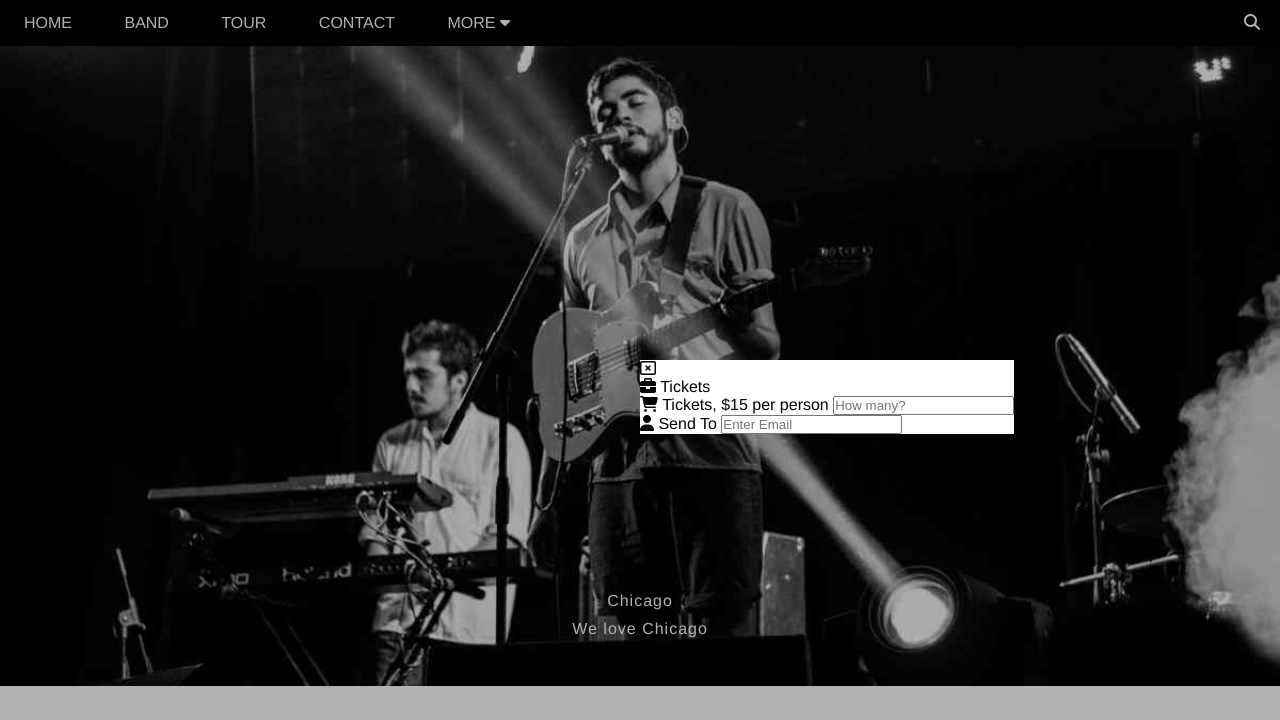
Repository: NguyenMinhChau/Theband
Page: index.html
An editor plug-in stored every save of this project. The page is shown before and after a run of saves, followed by the edit.
The browser window is 1280 px wide. The pictures show the window.
A layer covers the whole window, so only the first screen is drawn. Some web libraries are served in a nearby version.

Above is the page before, as saved 2021-10-23 12:45:10.

### index.html
<!DOCTYPE html>
<html lang="en">
<head>
    <meta charset="UTF-8">
    <meta http-equiv="X-UA-Compatible" content="IE=edge">
    <meta name="viewport" content="width=device-width, initial-scale=1.0">
    <title>THE BAND</title>
    <link rel="icon" href="https://www.w3schools.com/w3css/img_la.jpg"/>
    <script src="https://kit.fontawesome.com/a7b0f58175.js" crossorigin="anonymous"></script>
    <link rel="stylesheet" href="./assets/css/style.css">
</head>
<body>
    <div id="main">
        <div id="header">
            <!-- Begin Navigation -->
            <ul id="nav">
                <li><a href="#">Home</a></li>
                <li><a href="#">Band</a></li>
                <li><a href="#">Tour</a></li>
                <li><a href="#">Contact</a></li>
                <li><a href="#">More <i class="fas fa-caret-down"></i></a>
                    <ul class="subnav">
                        <li><a href="#">Merchandise</a></li>
                        <li><a href="#">Extras</a></li>
                        <li><a href="#">Media</a></li>
                    </ul>
                </li>
            </ul>
            <!-- End Navigation -->

            <!-- Begin Search -->
            <div class="icon-search">
                <a href="#"><i class="header-icon-search fas fa-search"></i></a>
            </div>
            <!-- End Search -->
        </div>

        <div id="slider">
            <div class="description">
                <h4>Chicago</h4>
                <p>We love Chicago</p>
            </div>
        </div>

        <div id="content">
            <!-- section: dành cho những phần dùng chung -->
            <!-- ABOUT SECTION -->
            <div class="content-section">
                <h2 class="section-heading">The Band</h2>
                <p class="section-subheading">We love music</p>
                <p class="about-text">We have created a fictional band website. Lorem ipsum dolor sit amet, consectetur adipiscing elit, sed do eiusmod tempor incididunt ut labore et dolore magna aliqua. Ut enim ad minim veniam, quis nostrud exercitation ullamco laboris nisi ut aliquip ex ea commodo consequat. Duis aute irure dolor in reprehenderit in voluptate velit esse cillum dolore eu fugiat nulla pariatur. Excepteur sint occaecat cupidatat non proident, sunt in culpa qui officia deserunt mollit anim id est laborum consectetur adipiscing elit, sed do eiusmod tempor incididunt ut labore et dolore magna aliqua. Ut enim ad minim veniam, quis nostrud exercitation ullamco laboris nisi ut aliquip ex ea commodo consequat.</p>
                <div class="members-list">
                    <div class="member-item">
                        <p class="member-name">Name</p>
                        <img src="./assets/img/about_member01.jpg" alt="" class="member-avata">
                    </div>
                    <div class="member-item">
                        <p class="member-name">Name</p>
                        <img src="./assets/img/about_member01.jpg" alt="" class="member-avata">
                    </div>
                    <div class="member-item">
                        <p class="member-name">Name</p>
                        <img src="./assets/img/about_member01.jpg" alt="" class="member-avata">
                    </div>
                    <div class="clear"></div>
                </div>
            </div>

            <!-- TOUR SECTION -->
            <div class="tour-section">
                <div class="content-section">
                    <h2 class="section-heading text-white">Tours Dates</h2>
                    <p class="section-subheading text-white">Remember to book your tickets!</p>
                    <ul class="tickets-list">
                        <li>September <span class="sold-out">Sold out</span></li>
                        <li>October <span class="sold-out">Sold out</span></li>
                        <li>November <span class="quantity">3</span></li>
                    </ul>
                    <div class="places-list">
                        <div class="place-item">
                            <img src="./assets/img/tour_place01.jpg" alt="New York" class="place-img">
                            <div class="place-body">
                                <h3 class="place-heading">New York</h3>
                                <p class="place-time">Fri 27 Nov 2016</p>
                                <p class="plave-desc">Praesent tincidunt sed tellus ut rutrum sed vitae justo.</p>
                                <a href="#" class="place-buy-btn">Buy Tickets</a>
                            </div>
                        </div>
                        <div class="place-item">
                            <img src="./assets/img/tour_place_02.jpg" alt="New York" class="place-img">
                            <div class="place-body">
                                <h3 class="place-heading">Paris</h3>
                                <p class="place-time">Sat 28 Nov 2016</p>
                                <p class="plave-desc">Praesent tincidunt sed tellus ut rutrum sed vitae justo.</p>
                                <a href="#" class="place-buy-btn">Buy Tickets</a>
                            </div>
                        </div>
                        <div class="place-item">
                            <img src="./assets/img/tour_place_03.jpg" alt="New York" class="place-img">
                            <div class="place-body">
                                <h3 class="place-heading">San Francisco</h3>
                                <p class="place-time">Sun 29 Nov 2016</p>
                                <p class="plave-desc">Praesent tincidunt sed tellus ut rutrum sed vitae justo.</p>
                                <a href="#" class="place-buy-btn">Buy Tickets</a>
                            </div>
                        </div>
                        <div class="clear"></div>
                    </div>
                </div>
            </div>

            <!-- CONTACT SECTION -->
            <div class="content-section">
                <h2 class="section-heading">Contact</h2>
                <p class="section-subheading">Fan? Drop a note!</p>
            </div>
        </div>

        <div id="footer">

        </div>
    </div>
    <!-- BEGIN MODEL -->
    <div class="modal">
        <div class="modal-container">
            <div class="modal-close">
                <i class="far fa-window-close"></i>
            </div>

            <header class="modal-header">
                <i class="fas fa-briefcase"></i> Tickets
            </header>

            <div class="modal-body">
                <div class="form-group">
                    <label for="" class="modal-label">
                        <i class="fas fa-shopping-cart"></i>
                        Tickets, $15 per person
                    </label>
                    <input type="text" class="modal-input" placeholder="How many?">
                </div>
                <div class="form-group">
                    <label for="" class="modal-label">
                        <i class="fas fa-user"></i>
                        Send To
                    </label>
                    <input type="email" class="modal-input" placeholder="Enter Email">
                </div>
            </div>
        </div>
    </div>
    <!-- END MODAL -->
    <script src="assets/js/main.js"></script>
</body>
</html>

### assets/css/style.css
:root{
    --header-height: 46px;
}
*{
    box-sizing: border-box;
    margin: 0;
    padding: 0;
}

html{
    font-family: Helvetica, Arial, sans-serif;
}

.clear{
    clear: both;
}

.text-white{
    color: #fff !important;
}

/* BEGIN CSS HEADER */
#header{
    height: var(--header-height);
    background-color: #000;
    position: fixed;
    top: 0;
    left: 0;
    right: 0;
}

#nav{
    display: inline-block;
}

#nav,
#subnav{
    list-style-type: none;
}

#nav li{
    display: inline-block;
    position: relative;
}

#nav > li > a{
    color: #fff;
    text-transform: uppercase;
}

#nav li a {
    text-decoration: none;
    line-height: var(--header-height);
    padding: 0 24px;

    display: block;
}

#nav > li:hover > a,
#nav .subnav li:hover a {
    color: #000;
    background-color: #ccc;
}

#nav > li:hover .subnav{
    display: block;
}

#nav .subnav{
    display: none;
    position: absolute;
    background-color: #fff;
    box-shadow: 0 0 10px rgba(0,0,0,0.3);
    color: #000;
    top: 100%;
    left: 0;
}

#nav .subnav li a{
    color: #000;
    padding: 0 12px;
    line-height: 38px;
    min-width: 160px;
}

#nav .subnav li{
    display: block;
}

#header .icon-search{
    /* position: absolute;
    top: 0;
    right: 0; */
    float: right;
    line-height: var(--header-height);
    padding: 0 20px;
}

#header .icon-search a{
    text-decoration: none;
}

#header .icon-search:hover{
    background-color: rgb(255, 39, 39);
    cursor: pointer;
}

#header .icon-search .header-icon-search{
    color: #fff;
}
/* END CSS HEADER */


/* BEGIN CSS SLIDER */
#slider{
    position: relative;
    margin-top: var(--header-height);
    /* Kỹ thuật tạo ảnh không bị méo khi thay đổi kích thước */
    padding-top: 50%; /* % là theo chiều ngang của chính nó*/

    /* Khi dùng padding như trên -> ta dùng bg-image để tạo ảnh vì có thể đổ ảnh từ padding */
    background: url('../img/slider_band_chicago.jpg') no-repeat center / cover;
    z-index: -1;
}

#slider .description{
    position: absolute;
    bottom: 0;
    left: 50%;
    transform: translateX(-50%);

    color: #fff;
    text-align: center;
    margin-bottom: 48px;
    letter-spacing: 1px;
}

#slider .description h4,
#slider .description p{
    text-shadow: 0 0 10 rgba(0,0,0,0.5);
}

#slider .description h4{
    font-weight: 540;
    padding: 10px 0;
}
/* END CSS SLIDER */

/* BEGIN CSS CONTENT */
/* CSS ABOUT */
#content .content-section{
    width: 800px;
    margin: auto;
    padding: 64px 0;
}

#content .section-heading,
#content .section-subheading{
    text-align: center;
}

#content .section-heading{
    font-size: 30px;
    font-weight: 500;
    text-transform: uppercase;
    letter-spacing: 4px;
}

#content .section-subheading{
    font-size: 15px;
    font-style: italic;
    margin: 25px 0;
    opacity: 0.7;
}

#content .about-text{
    text-align: justify;
    font-size: 15px;
    line-height: 1.4;
}

#content .members-list{
    margin-top: 48px;
}

#content .member-item{
    float: left;
    text-align: center;
    width: calc(100% / 3);
}

#content .member-name{
    font-size: 15px;
}

#content .member-avata{
    margin-top: 15px;
    width: 154px;
    border-radius: 5px;
}

/* CSS TOUR */
#content .tour-section{
    background-color: #000;
}

#content .tickets-list{
    background-color: #fff;
    margin: 40px 0;
    list-style: none;
}

#content .tickets-list li{
    font-size: 15px;
    padding: 12px 16px;
    border-bottom: 1px solid #ddd;
    color: #757575;
}

#content .tickets-list .sold-out{
    background-color: #f44336;
    color: #fff;
    padding: 3px 4px;
    margin-left: 16px;
}

#content .tickets-list .quantity{
    float: right;
    background-color: #000;
    border-radius: 50%;
    width: 24px;
    height: 24px;
    color: #fff;
    text-align: center;
    line-height: 24px;
    margin-top: -3px;
}

#content .tour-section .places-list{
    margin: 0 -8px 48px;
}

#content .place-item{
    float: left;
    width: calc(100% / 3);
    padding: 0 8px;
}

#content .place-img{
    width: 100%;
    display: block;
}

#content .place-img:hover{
    opacity: 0.7;
}

#content .place-body{
    background-color: #fff;
    padding: 16px;
    font-size: 15px;
}

#content .place-heading{
    font-weight: 550;
}

#content .place-time{
    margin: 15px 0;
    color: #757575;
}

#content .plave-desc{
    line-height: 1.4;
}

#content .place-buy-btn{
    text-decoration: none;
    background-color: #000;
    color: #fff;
    padding: 11px 16px;
    /* Khắc phục tình trạng button che thẻ description */
    display: inline-block;
    margin-top: 15px;
}

#content .place-buy-btn:hover{
    background-color: #ccc;
    color: #000;
}
/* END CSS CONTENT */


#footer{

}

/* BEGIN CSS MODAL */
.modal{
    position: fixed;
    top: 0;
    bottom: 0;
    right: 0;
    left: 0;
    background: rgba(0,0,0,0.3);
}

.modal-container{
    position: absolute;
    top: 50%;
    left: 50%;
    background-color: #fff;
}
/* END CSS MODAL */

Loaded but not shown: assets/js/main.js (no stored copy; drawn as an empty file)

After the next 2 saves:
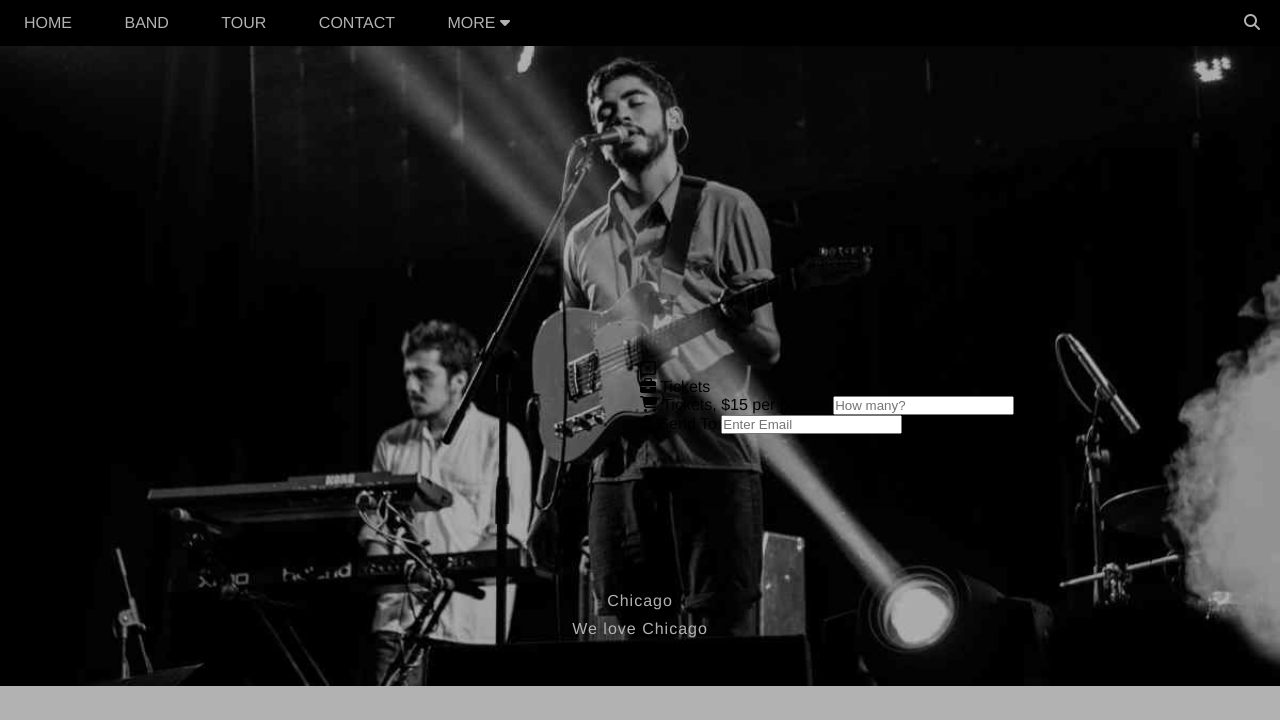
The 2 saves are shown as one change because they came seconds apart.
The last was saved 21 s later.
--- a/assets/css/style.css
+++ b/assets/css/style.css
@@ -309,6 +309,7 @@
     position: absolute;
     top: 50%;
     left: 50%;
+    transform: translateX
     background-color: #fff;
 }
 /* END CSS MODAL */
